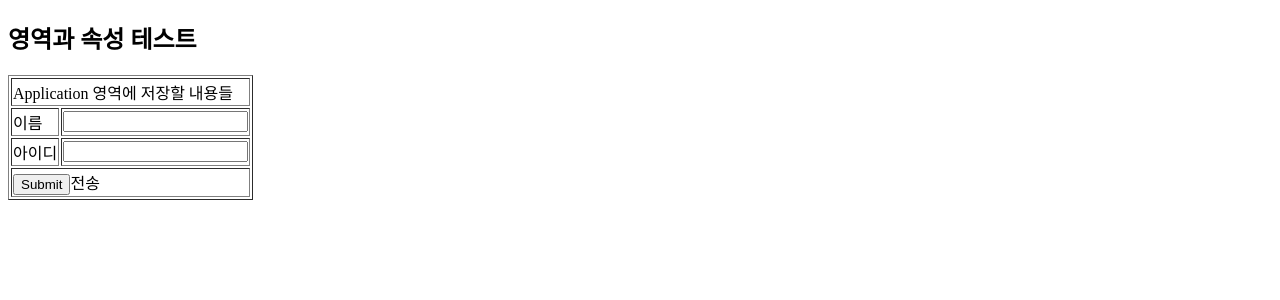
Repository: BancaKim/teamproject4
Page: http://localhost/JspDay3/JSPTEST2/dataTest1.jsp
An editor plug-in stored every save of this project. The page is shown before and after the next save, followed by the edit.
The browser window is 1280 px wide. The pictures show the whole page.
The page is served by Tomcat 9.

Above is the page before, as saved 2024-05-02 00:31:43.

### JspDay3/src/main/webapp/JSPTEST2/dataTest1.jsp
<%@ page language="java" contentType="text/html; charset=UTF-8"
    pageEncoding="UTF-8"%>
<!DOCTYPE html>
<html>
<head>
<meta charset="UTF-8">
<title>Insert title here</title>
</head>
<body>
	<h2>영역과 속성 테스트</h2>
	<form>
	<table border="1">
		<tr>
			<td colspan="2">Application 영역에 저장할 내용들</span></td>
		</tr>
		<tr>
			<td>이름</td>
			<td><input type="text"></td>
		</tr>
		<tr>
			<td>아이디</td>
			<td><input type="text"></td>
		</tr>
		<tr>
			<td colspan="2"><input type="submit">전송</td>
		</tr>
</table>


</form>
</body>
</html>

After the next save:
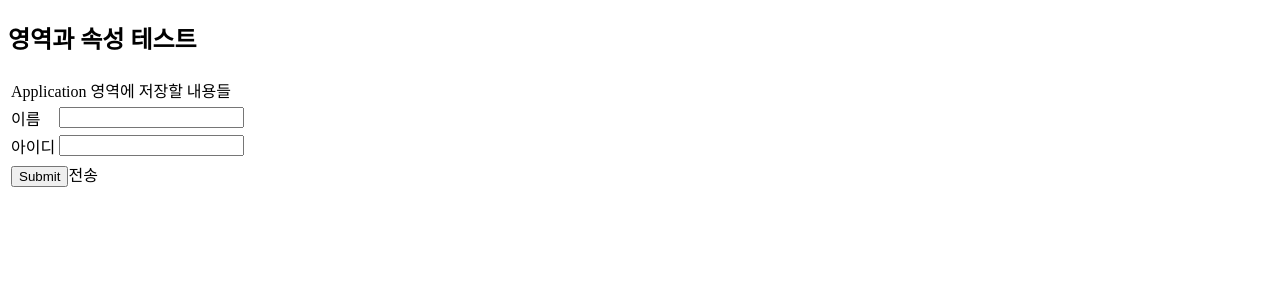
Saved 31 s later.
--- a/JspDay3/src/main/webapp/JSPTEST2/dataTest1.jsp
+++ b/JspDay3/src/main/webapp/JSPTEST2/dataTest1.jsp
@@ -9,9 +9,9 @@
 <body>
 	<h2>영역과 속성 테스트</h2>
 	<form>
-	<table border="1">
+	<table style="border: 1">
 		<tr>
-			<td colspan="2">Application 영역에 저장할 내용들</span></td>
+			<td colspan="2">Application 영역에 저장할 내용들</td>
 		</tr>
 		<tr>
 			<td>이름</td>
